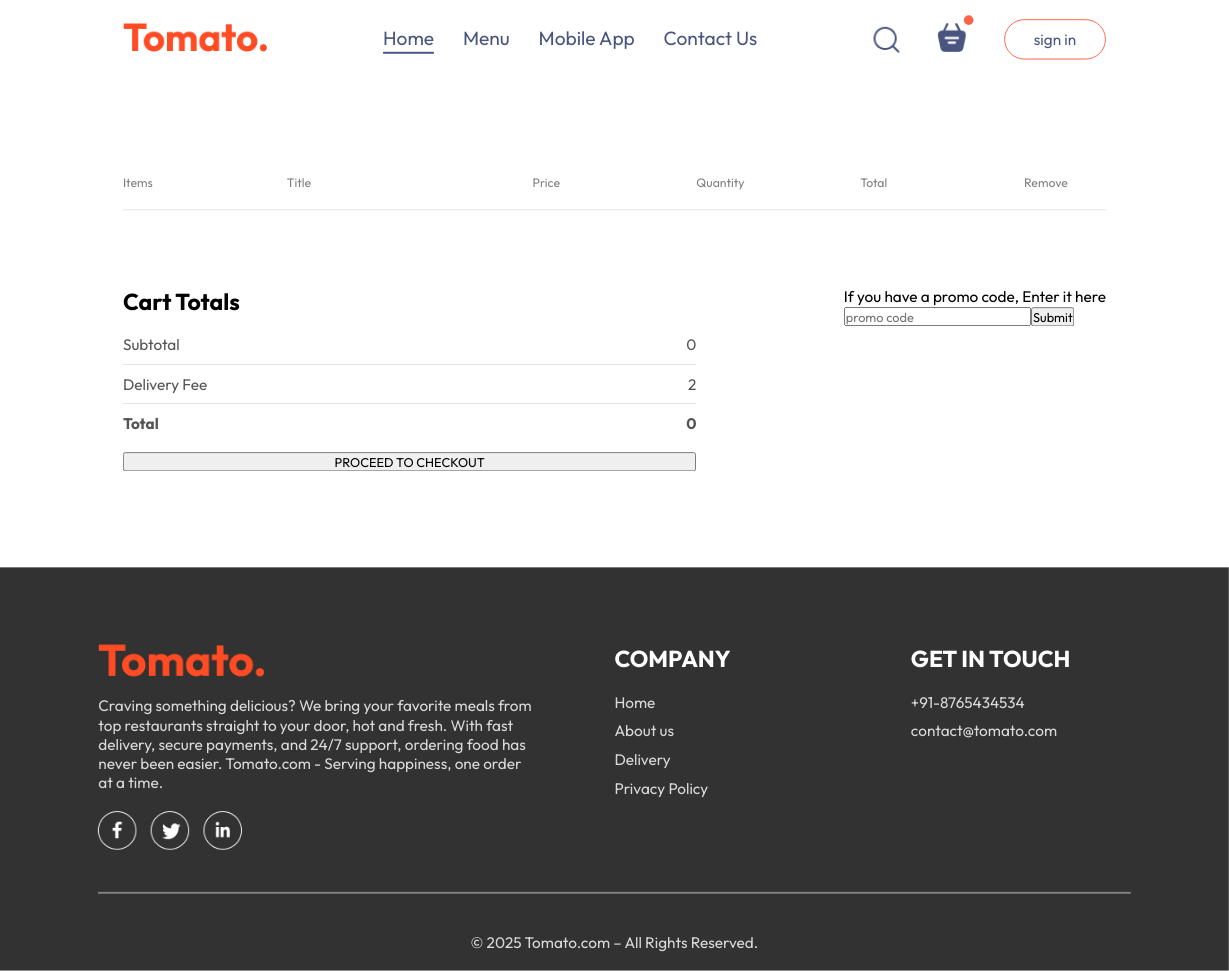
Repository: esakkiraj8104/FOOD_ORDER1
Page: /cart
These files come from the project's save history. The page is drawn as it stood at one moment and after a run of saves; the edit follows.
The browser window is 1280 px wide. The pictures show the whole page, at 96% of full size.
The project was rebuilt for these pictures with package versions that can differ from the ones it lists, and the page was loaded fresh each time. Also part of the build but not shown: vite.config.js, src/components/Navbar/Header/Haeder.css, src/components/Navbar/Header/Header.jsx, src/components/Navbar/ExploreMenu/ExploreMenu.css, src/components/Navbar/ExploreMenu/ExploreMenu.jsx, src/components/Navbar/FoodDisplay/FoodDisplay.css, src/components/Navbar/FoodItem/FoodItem.css, src/components/Navbar/FoodItem/FoodItem.jsx and 6 more. Imported but missing from the stored project, and not drawn on this page: src/pages/PlaceOrder/PlaceOrder.

Above is the page before, as saved 2025-05-20 18:57:42.

After the next 17 saves:
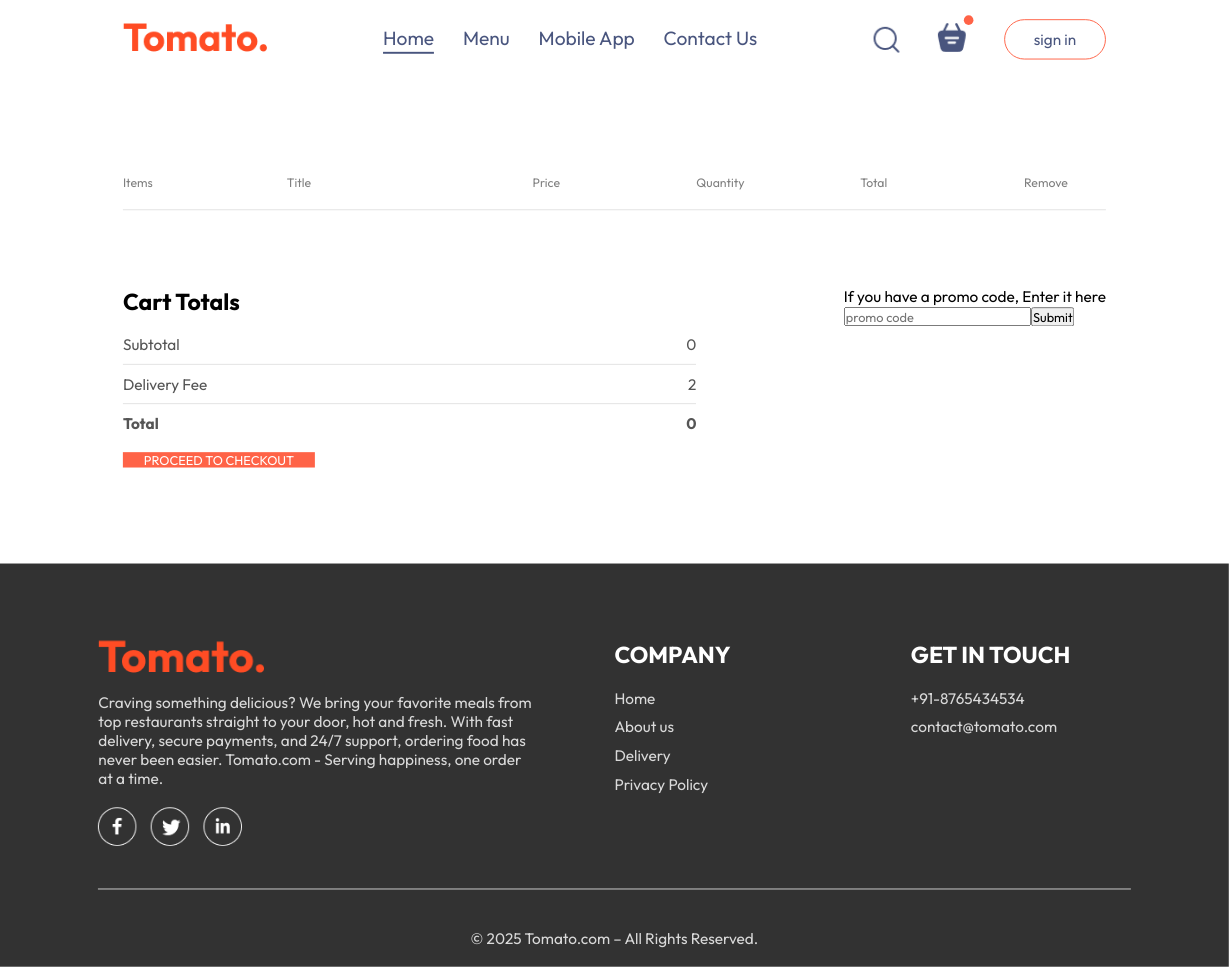
The 17 saves are shown as one change because they came seconds apart.
The last was saved 37 s later.
--- a/src/pages/Cart/Cart.css
+++ b/src/pages/Cart/Cart.css
@@ -45,5 +45,9 @@
     margin: 10px 0px;
 }
 .cart-total button{
-
+    border: none;
+    color: white;
+    background-color: tomato;
+    width: max(15vw,200px);
+    padding: ;
 }
